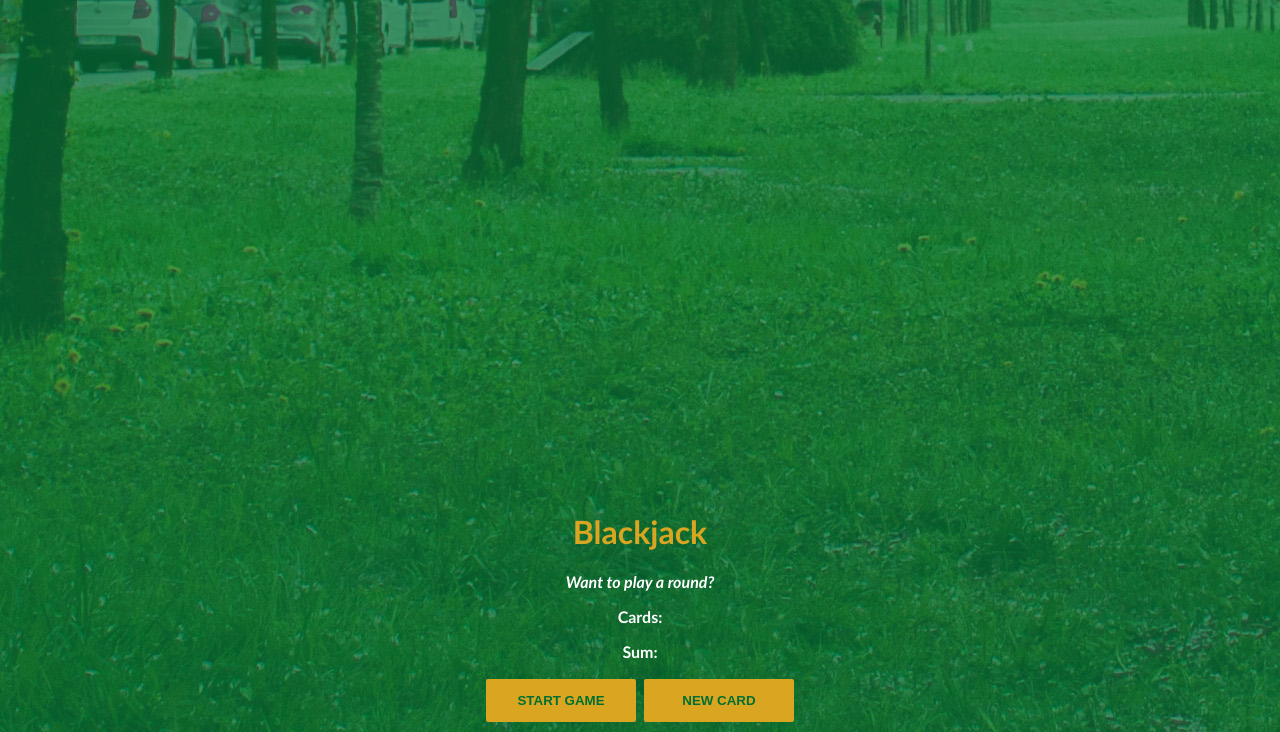
Repository: Samkiroko/black_jack
Page: index.html
An editor plug-in stored every save of this project. The page is shown before and after the next save, followed by the edit.
The browser window is 1280 px wide. The pictures show the whole page.
After loading, the first visible `button[onclick="newCard()"]` was clicked once.

Above is the page before, as saved 2022-04-30 16:39:47.
Console error: ReferenceError: firstCard is not defined

### index.html
<!DOCTYPE html>
<html lang="en">

<head>
    <meta charset="UTF-8">
    <meta http-equiv="X-UA-Compatible" content="IE=edge">
    <meta name="viewport" content="width=device-width, initial-scale=1.0">
    <link rel="stylesheet" href="index.css">
    <title>Document</title>
</head>

<body>
    <h1>Blackjack</h1>
    <p id="message-el">Want to play a round?</p>
    <p id="cards-el">Cards:</p>
    <p id="sum-el">Sum:</p>
    <button onclick="startGame()">START GAME</button>
    <button onclick="newCard()">NEW CARD</button>
    <!-- 1. Create a NEW CARD button, make it run newCard() on click -->
    <script src="index.js" defer></script>

</body>

</html>

### index.css
body {
    font-family: 'Trebuchet MS', 'Lucida Sans Unicode', 'Lucida Grande', Arial, sans-serif;
    background-image: url('img/green.jpg');
    background-size: auto;
    background-repeat: no-repeat;
    font-weight: bold;
    color: white;
    text-align: center;
    display: block;
    margin-left: auto;
    margin-right: auto;
    margin-top: 40%;
}

h1 {
    color: goldenrod;
}

#message-el {
    font-style: italic;
}


/* 3. Make sure that the two buttons have some space between
each other when they are rendered out vertically */

button {
    color: #016f32;
    width: 150px;
    height: 43px;
    background: goldenrod;
    padding-top: 5px;
    padding-bottom: 5px;
    font-weight: bold;
    border: none;
    border-radius: 2px;
    margin: 2px;
}

### index.js
let cards = []
let sum = firstCard + secondCard
let hasBlackJack = false
let isAlive = false
let message = ''
let messageEl = document.getElementById('message-el')
let sumEl = document.getElementById('sum-el')
let cardsEl = document.getElementById('cards-el')

function getRandomCard() {
  let random = Math.floor(Math.random() * 13) + 1
  if (random === 1) {
    return 11
  } else if (random > 10) {
    return 10
  } else {
    return random
  }
}

function startGame() {
  isAlive = true
  let firstCard = getRandomCard()
  let secondCard = getRandomCard()
  cards = [firstCard, secondCard]
  sum = firstCard + secondCard
  // Generate two random numbes
  // Re-assign the cards and sum variables so that the game can start
  renderGame()
}

function renderGame() {
  cardsEl.textContent = 'Cards: '
  for (let i = 0; i < cards.length; i++) {
    cardsEl.textContent += cards[i] + ' '
  }
  sumEl.textContent = 'Sum: ' + sum
  if (sum <= 20) {
    message = 'Do you want to draw a new card?'
  } else if (sum === 21) {
    message = "You've got Blackjack!"
    hasBlackJack = true
  } else {
    message = "You're out of the game!"
    isAlive = false
  }
  messageEl.textContent = message
}

// 2. Create a function newCard() that logs out "Drawing a new card from the deck!"

function newCard() {
  console.log('Drawing a new card from the deck')
  let newCard = getRandomCard()
  sum += newCard
  cards.push(newCard)
  console.log(cards)
  renderGame()
}

After the next save:
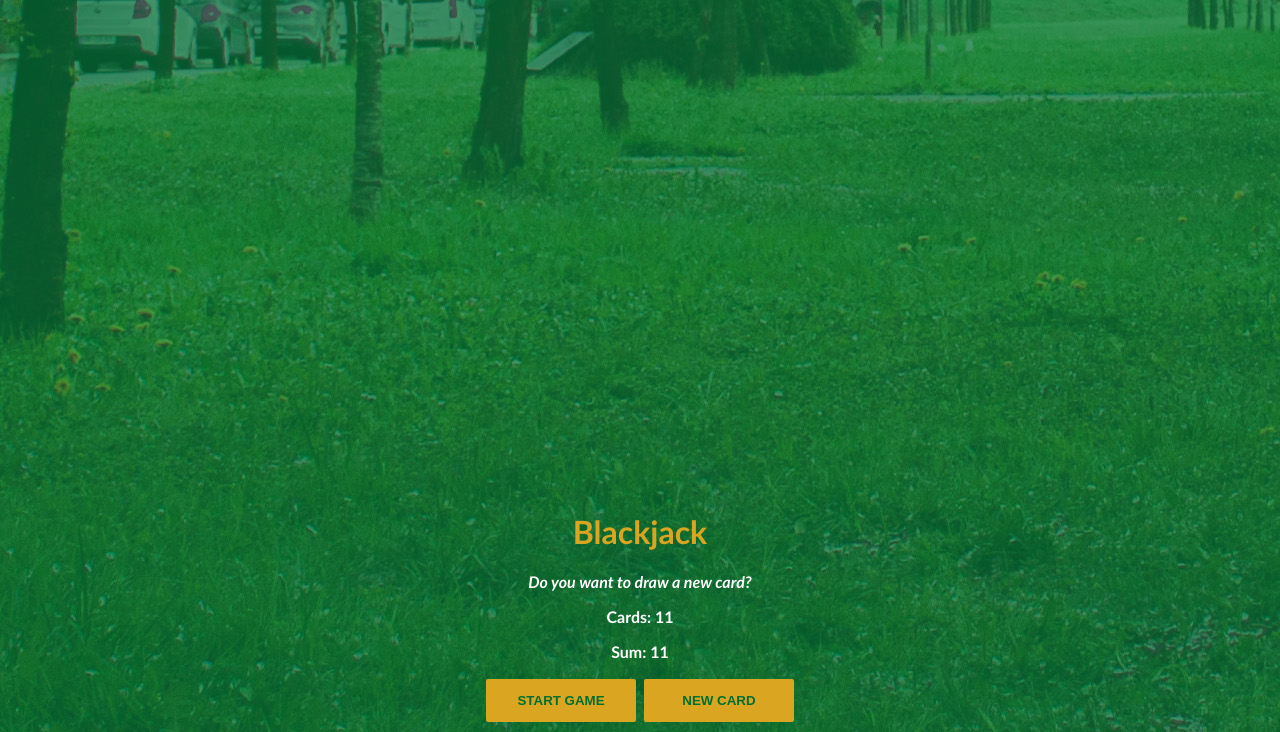
The error is gone.
Saved 45 s later.
--- a/index.js
+++ b/index.js
@@ -1,5 +1,5 @@
 let cards = []
-let sum = firstCard + secondCard
+let sum = 0
 let hasBlackJack = false
 let isAlive = false
 let message = ''
@@ -7,14 +7,16 @@ let messageEl = document.getElementById('message-el')
 let sumEl = document.getElementById('sum-el')
 let cardsEl = document.getElementById('cards-el')
 
+console.log(cards)
+
 function getRandomCard() {
-  let random = Math.floor(Math.random() * 13) + 1
-  if (random === 1) {
+  let randomNumer = Math.floor(Math.random() * 13) + 1
+  if (randomNumer > 10) {
+    return 10
+  } else if (randomNumer === 1) {
     return 11
-  } else if (random > 10) {
-    return 10
   } else {
-    return random
+    return randomNumer
   }
 }
 
@@ -34,6 +36,7 @@ function renderGame() {
   for (let i = 0; i < cards.length; i++) {
     cardsEl.textContent += cards[i] + ' '
   }
+
   sumEl.textContent = 'Sum: ' + sum
   if (sum <= 20) {
     message = 'Do you want to draw a new card?'
@@ -47,13 +50,9 @@ function renderGame() {
   messageEl.textContent = message
 }
 
-// 2. Create a function newCard() that logs out "Drawing a new card from the deck!"
-
 function newCard() {
-  console.log('Drawing a new card from the deck')
-  let newCard = getRandomCard()
-  sum += newCard
-  cards.push(newCard)
-  console.log(cards)
+  let card = getRandomCard()
+  sum += card
+  cards.push(card)
   renderGame()
 }
